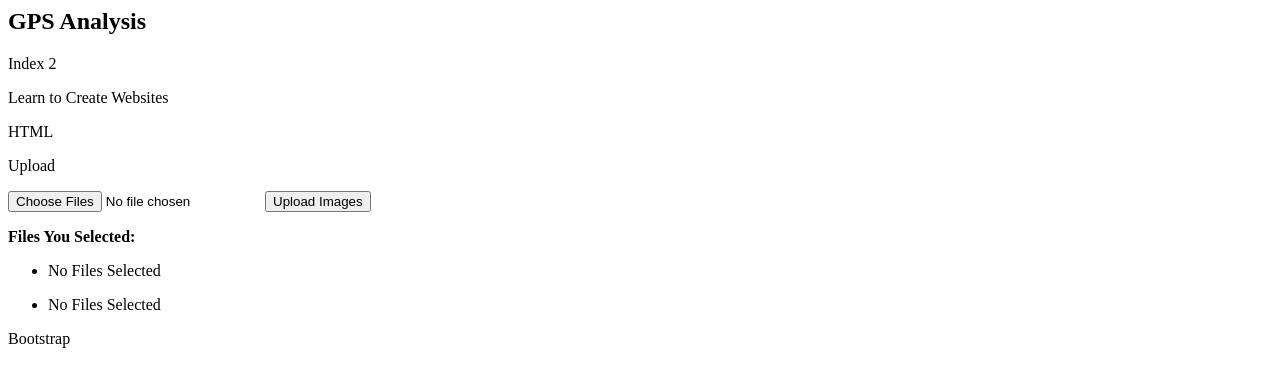
Repository: hanjangchen/Raspberry
Page: prjGAEGPSAnalysis/prjGPSAnalysis/src/static/my_ng_templates/desktop/index_2.html
The author's editor kept a copy of each file at every save. The page is drawn from the files as they stood at one save, then again after the next save.
The browser window is 1280 px wide. The pictures show the whole page.

Above is the page before, as saved 2014-10-31 02:38:51.
Console error: ReferenceError: $ is not defined

### prjGAEGPSAnalysis/prjGPSAnalysis/src/static/my_ng_templates/desktop/index_2.html
<!-- sub-template for index page -->
<div>
	<h2>GPS Analysis</h2>
	<my-index-gps-data>
	<p>Index 2</p>
	</my-index-gps-data>
</div>

<!-- content block -->
<div class="container-fluid">
	<div class="jumbotron">
		<p>Learn to Create Websites</p>
	</div>
	<div class="row">
		<div class="col-xs-4 col-sm-4 col-md-4 col-lg-4 ">
			<p>HTML</p>
		</div>
		<div class="col-xs-4 col-sm-4 col-md-4 col-lg-4">
			<p>Upload</p>
			<form action="/base/upload_url" method="post"
				enctype="multipart/form-data">
				<input type="file" id="images_for_upload" name="images_for_upload"
					multiple="true" value="Add Images" accept="image/*" required="required"> <input type="submit"
					value="Upload Images">
			</form>

			<section>
				<strong>Files You Selected:</strong>
				<ul id="files_list">
					<li>No Files Selected</li>
				</ul>
				<ul id="too_large_files_list">
					<li>No Files Selected</li>
				</ul>
			</section>
		</div>
		<div class="col-xs-4 col-sm-4 col-md-4 col-lg-4">
			<p>Bootstrap</p>
		</div>
	</div>
</div>

<!-- js libs -->
<script type="text/javascript" src="/js/plugin_mis/numeric-1.2.6.min.js"></script>
<script type="text/javascript"
	src="/js/plugin_mis/particle_swarm_optimization.js"></script>
<script type="text/javascript">
<!--
	$('#images_for_upload')
			.change(
					function() {

						var input = document
								.getElementById("images_for_upload");
						var ul = document.getElementById("files_list");
						var toolarge = "";
						var maxsize = 1024000;
						while (ul.hasChildNodes()) {
							ul.removeChild(ul.firstChild);
						}
						for ( var i = 0; i < input.files.length; i++) {

							if(input.files[i].size>maxsize){
								toolarge += input.files[i].name + "\n";
							}
							else{
								var li = document.createElement("li");
								li.innerHTML = input.files[i].name;
								ul.appendChild(li);
							}

						}
						if (!ul.hasChildNodes()) {
							var li = document.createElement("li");
							li.innerHTML = 'No Files Selected';
							ul.appendChild(li);
						}

						//
						if (toolarge != "") {
							alert("These images were not uploaded due to size limit of 1MB\n"
									+ toolarge);
						}
					});
//-->
</script>

### prjGAEGPSAnalysis/prjGPSAnalysis/src/static/javascripts/plugin_mis/particle_swarm_optimization.js
/*
 *  Particles Swarm Optimization
 *  This is a standard PSO to find out optimal solution through out the stochastic spaces
 *  PS: Current test function is (0.007 * x_1 * (-x_2 -1)) * ( cos(x_1 + 0.3) - sin(x_2))+(1 - sin(x_1)) and the optimal value is around -1.798
 * */

var particles_swarm_optimization = {

		// configuration
		config : {
			parameters_range : [[-15, -15],[15, 15]], // ranges of particles;
														// row 1 represent low
														// boundary and row 2
														// represent up boundary
			particles_size : 60, // size of particles swarm
			iteration : 50, // iteration number
			max_min_factor : -1, // 1 means to find max; -1 means to find min
			Emax : Number.MAX_VALUE, // maximum value
			Emin : -Number.MAX_VALUE, // minimum value
			Type : 0, // 0 for real number; 1 for integer

			c1 : 2.05, // cognitive parameter (original value; would be
						// replaced by linear change)
			c2 : 4.1 - 2.05, // c2 = 4.1 - c1 // social parameter (original
								// value; would be replaced by linear change)
			constriction_factor : 0.729, // constrain factor

			diff_of_ranges : [], // ranges of each parameter (from low
									// boundary to up boundary)
			up_boundaries : [], //
			low_boundaries : [], // low boundary

			particles_values : [], // values set of particles
			particles_initial_values : [], // initial values set of particles

			particles_velocity : [], // velocity set of particles
			particles_initial_velocity : [], // can be zero or certain
												// reasonable values based on
												// each particle range

			performance_index_set : [], // performance index set
			performance_initial_index_set : [], // initial performance index set

			learning_rate : 0, // learning rate
			learning_rate_self_param_min : 0.4, // minimum learning rate of
												// particle itself
			learning_rate_self_param_max : 0.9, // maximum learning rate of
												// particle itself
			learning_rate_cognitive_min : 1.9, // minimum learning rate of
												// cognitive parameter
			learning_rate_cognitive_max : 2.1, // maximum learning rate of
												// cognitive parameter
			learning_rate_cognitive : 0,
			learning_rate_social : 0,
			learning_rate_self : 0,

			min_cost : 0, // minimum cost
			min_cost_set : [],
			mean_cost : 0, // mean value
			mean_cost_set : [],
			RMS_cost : 0, // root-mean-square cost
			RMS_cost_set : [],

			local_optimal : 0, // local optimal
			index_local_optimal : 0, // index of global optimal in particles
										// set
			global_optimal : 0, // global optimal
			index_global_optimal : 0, // index of global optimal
			local_optimal_value_set : [],
			local_optimal_particles_set : [],
			global_optimal_value_set : [],
			global_optimal_particles_set : [],

		},

		// initialization function
		init_pso : function(){
			/* new */
			this.config.low_boundaries = this.config.parameters_range[0];
			this.config.up_boundaries = this.config.parameters_range[1];
			this.config.diff_of_ranges = numeric.sub(this.config.up_boundaries, this.config.low_boundaries);

			// init particles' values
			this.config.particles_values = numeric.random([this.config.particles_size, this.config.parameters_range[0].length]);
			this.config.particles_values = numeric.dotMMbig(this.config.particles_values, [[this.config.diff_of_ranges[0], 0], [0, this.config.diff_of_ranges[1]]]);
			var temp_low_boundaries_matrix = numeric.rep([this.config.particles_size], this.config.low_boundaries);
			this.config.particles_values = numeric.add(this.config.particles_values, temp_low_boundaries_matrix);

			// init particles velocity
			this.config.particles_velocity = numeric.rep([this.config.particles_size], [0, 0]);

			// evaluate init particles set
			for(var ith = 0; ith < this.config.particles_size; ith++){
				temp_particle_values = this.config.particles_values[ith];

				var performance_index = (0.007 * temp_particle_values[0] * (-temp_particle_values[1]-1)) * (Math.cos(temp_particle_values[0]+0.3) - Math.sin(temp_particle_values[1]))+(1-Math.sin(temp_particle_values[0]));
				if (performance_index > this.config.Emax){
					performance_index = this.config.Emax;
				}
				if (performance_index < this.config.Emin){
					performance_index = this.config.Emin;
				}
				this.config.performance_initial_index_set.push(performance_index);
			}

			// update optimal
			var temp_cost = numeric.mul(- this.config.max_min_factor, this.config.performance_initial_index_set);
			this.config.min_cost = Math.min.apply(Math, temp_cost);
			this.config.min_cost_set = numeric.rep([this.config.particles_size], this.config.min_cost);
			this.config.global_optimal = this.config.min_cost;
			var temp_min_index = temp_cost.indexOf(this.config.min_cost);
			var temp_optimal_particle = this.config.particles_values[temp_min_index];

			this.config.local_optimal_particles_set = numeric.rep([this.config.particles_size], temp_optimal_particle);
			this.config.global_optimal_particles_set = this.config.local_optimal_particles_set;
			this.config.local_optimal_value_set = numeric.rep([this.config.particles_size], this.config.min_cost);

			this.config.mean_cost = numeric.sum(temp_cost) / this.config.particles_size;

		},

		// go through iteration
		go_iteration : function(){
			for(var ith = 0; ith < this.config.iteration; ith++ ){
				this.config.learning_rate_self = this.config.learning_rate_self_param_max - (this.config.learning_rate_self_param_max - this.config.learning_rate_self_param_min) * (ith + 1) / this.config.iteration;

				this.config.learning_rate_cognitive = this.config.learning_rate_cognitive_max - (this.config.learning_rate_cognitive_max - this.config.learning_rate_cognitive_min) * (ith + 1) / this.config.iteration; //
				this.config.learning_rate_social = 4.1 - this.config.learning_rate_cognitive;

				var random_factor_cognitive = numeric.random([this.config.particles_size, this.config.parameters_range[0].length]);
				var random_factor_social = numeric.random([this.config.particles_size, this.config.parameters_range[0].length]);

				var temp_updated_velocity = [];
				var updated_self_learning_rate = numeric.mul(this.config.learning_rate_self, this.config.particles_velocity);

				var updated_cognitive_learning_rate = numeric.sub(this.config.local_optimal_particles_set, this.config.particles_values );
				updated_cognitive_learning_rate = numeric.mul(this.config.learning_rate_cognitive, random_factor_cognitive, updated_cognitive_learning_rate);

				var updated_social_learning_rate = numeric.sub(this.config.global_optimal_particles_set, this.config.particles_values);
				updated_social_learning_rate = numeric.mul(this.config.learning_rate_social, random_factor_social, updated_social_learning_rate);

				temp_updated_velocity = numeric.add(updated_self_learning_rate, updated_cognitive_learning_rate, updated_social_learning_rate);

				// update velocity
				this.config.particles_velocity = numeric.mul(this.config.constriction_factor, temp_updated_velocity);


				// update particles' values
				this.config.particles_values = numeric.add(this.config.particles_values, this.config.particles_velocity);


				// find out values outside boundaries
				var low_boundaries_set = numeric.rep([this.config.particles_size], this.config.low_boundaries);
				var up_boundaries_set = numeric.rep([this.config.particles_size], this.config.up_boundaries);

				var outside_min_boundary = numeric.leq(this.config.particles_values, low_boundaries_set);
				var not_outside_min_boundary = numeric.not(outside_min_boundary);
				var min_replaced_values = numeric.mul(outside_min_boundary, low_boundaries_set);
				var min_original_values = numeric.mul(not_outside_min_boundary, this.config.particles_values);

				this.config.particles_values = numeric.add(min_replaced_values, min_original_values);

				var outside_max_boundary = numeric.geq(this.config.particles_values, up_boundaries_set);
				var not_outside_max_boundary = numeric.not(outside_max_boundary);
				var max_replaced_values = numeric.mul(outside_max_boundary, up_boundaries_set);
				var max_original_values = numeric.mul(not_outside_max_boundary, this.config.particles_values);

				this.config.particles_values = numeric.add(max_replaced_values, max_original_values);

				// evaluate performance
				var temp_particle_values = 0;
				this.config.performance_index_set = [];
				for(var jth = 0; jth < this.config.particles_size; jth++){
					temp_particle_values = this.config.particles_values[jth];

					var performance_index = (0.007 * temp_particle_values[0] * (-temp_particle_values[1] - 1)) * (Math.cos(temp_particle_values[0] + 0.3) - Math.sin(temp_particle_values[1])) + (1 - Math.sin(temp_particle_values[0]));
					if (performance_index > this.config.Emax){
						performance_index = this.config.Emax;
					}
					if (performance_index < this.config.Emin){
						performance_index = this.config.Emin;
					}
					this.config.performance_index_set.push(performance_index);
				}

				//
				var temp_cost_set = numeric.mul(- this.config.max_min_factor, this.config.performance_index_set);


				var temp_better_cost_set = numeric.lt(temp_cost_set, this.config.local_optimal_value_set);
				var not_temp_better_cost_set = numeric.not(temp_better_cost_set);
				var replaced_cost_set = numeric.mul(temp_better_cost_set, temp_cost_set);
				var original_cost_set = numeric.mul(not_temp_better_cost_set, this.config.local_optimal_value_set);
				this.config.local_optimal_value_set = numeric.add(replaced_cost_set, original_cost_set);

				var better_cost_set = numeric.transpose([temp_better_cost_set, temp_better_cost_set]);
				better_cost_set = numeric.mul(better_cost_set, this.config.particles_values);
				var not_better_cost_set = numeric.transpose([not_temp_better_cost_set, not_temp_better_cost_set]);
				not_better_cost_set = numeric.mul(not_better_cost_set, this.config.local_optimal_particles_set);
				this.config.local_optimal_particles_set = numeric.add(better_cost_set, not_better_cost_set);


				var temp_optimal = Math.min.apply(Math, this.config.local_optimal_value_set);
				var temp_optimal_index = this.config.local_optimal_value_set.indexOf(temp_optimal);
				var pre_global_optimal = this.config.global_optimal;
				if (temp_optimal < this.config.global_optimal){
					this.config.global_optimal = temp_optimal;
					this.config.global_optimal_particles_set = numeric.rep([this.config.particles_size], this.config.particles_values[temp_optimal_index]);

					if (Math.abs(temp_optimal - pre_global_optimal) < numeric.epsilon){
						break;
					}
				}
			}
		},

		// start optimization
		start_optimization : function(){
			this.init_pso();
			this.go_iteration();
			console.log(JSON.stringify(this.config.global_optimal,2,2));
		}
}

// test
particles_swarm_optimization.start_optimization();

Loaded but not shown: prjGAEGPSAnalysis/prjGPSAnalysis/src/static/javascripts/plugin_mis/numeric-1.2.6.min.js (library)

After the next save:
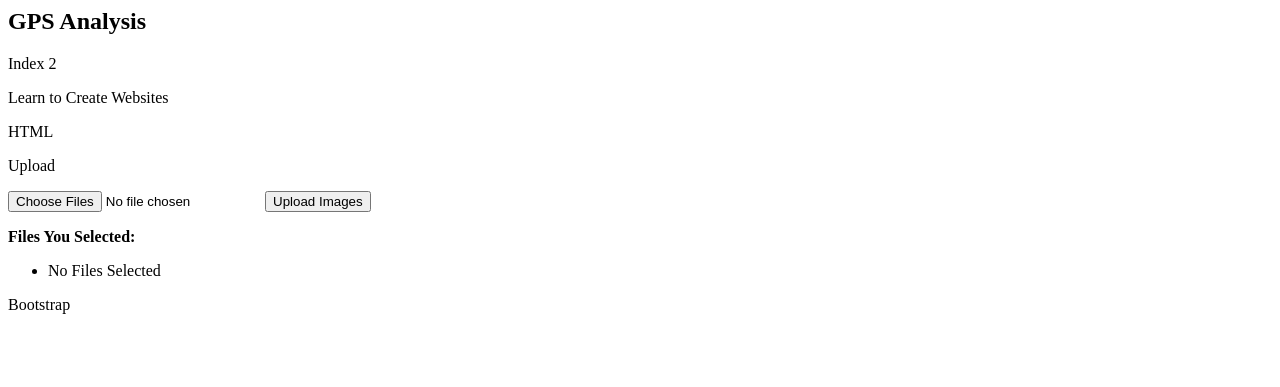
Saved 9 min 26 s later.
--- a/prjGAEGPSAnalysis/prjGPSAnalysis/src/static/my_ng_templates/desktop/index_2.html
+++ b/prjGAEGPSAnalysis/prjGPSAnalysis/src/static/my_ng_templates/desktop/index_2.html
@@ -27,9 +27,6 @@
 			<section>
 				<strong>Files You Selected:</strong>
 				<ul id="files_list">
-					<li>No Files Selected</li>
-				</ul>
-				<ul id="too_large_files_list">
 					<li>No Files Selected</li>
 				</ul>
 			</section>
